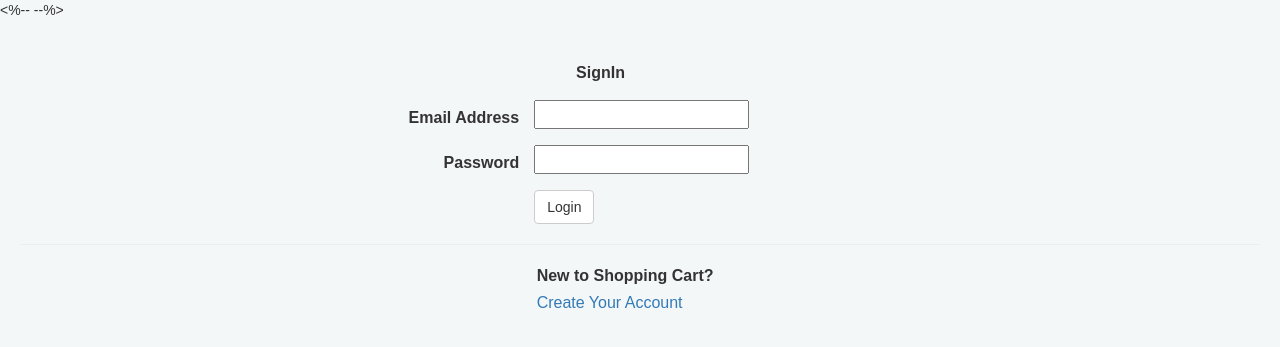
Repository: KaustubhKamat/CollaborationPlatform
Page: CollaborationFrontEnd/WebContent/c_user/login.html
These files come from the project's save history. The page is drawn as it stood at one moment and after the next save; the edit follows.
The browser window is 1280 px wide. The pictures show the whole page.
Some web libraries are served in a nearby version.

Above is the page before, as saved 2017-03-02 16:22:42.

### CollaborationFrontEnd/WebContent/c_user/login.html
<!DOCTYPE html>
<html>
<head>

<link rel="stylesheet"
	href="https://maxcdn.bootstrapcdn.com/bootstrap/3.3.7/css/bootstrap.min.css">
<script
	src="https://ajax.googleapis.com/ajax/libs/jquery/3.1.1/jquery.min.js"></script>
<script
	src="https://maxcdn.bootstrapcdn.com/bootstrap/3.3.7/js/bootstrap.min.js"></script>
<style>
body {
	font-family: sans-serif;

}

form {
	margin: 25px auto;
	font-size: medium;
	padding: 10px 20px;
	border-radius: 10px;
	text-align: justify;
}

body {
	background: #f4f7f8;
}

.navbar-default {
	background-color: #F75D59;
}
</style>
<meta http-equiv="Content-Type" content="text/html; charset=ISO-8859-1">
<title>Insert title here</title>
</head>
<body>

	<%--  <jsp:include page="NavBar.jsp"></jsp:include> --%>

	<form class="form-horizontal" action="validate"  method="post">
		<div class="form-group">
			<label class="col-sm-6 control-label">SignIn</label>
		</div>
		<div class="form-group">
			<label class="col-sm-5 control-label" >Email Address</label>
			<div class="col-sm-15">
				<input type="text" name="id">
			</div>
		</div>
		<div class="form-group">
			<label class="col-sm-5 control-label">Password</label>
			<div class="col-sm-15">
				<input type="password" name="Password"><br>
			</div>
		</div>
		<div class="form-group">
			<div class="col-sm-offset-5 col-sm-20">
				<input type="hidden" name="${_csrf.parameterName}"
					value="${_csrf.token}">
				<button type="submit" class="btn btn-default">Login</button>
			</div>
		</div>
		<hr>
		<div class="col-sm-offset-5 col-sm-15">
			<label class="col-sm-4control-label">New to Shopping Cart?</label>
		</div>
		<div class="col-sm-offset-5 col-sm-15">
			<a href="Register"> Create Your Account</a>



		</div>
	</form>
</body>
</html>

After the next save:
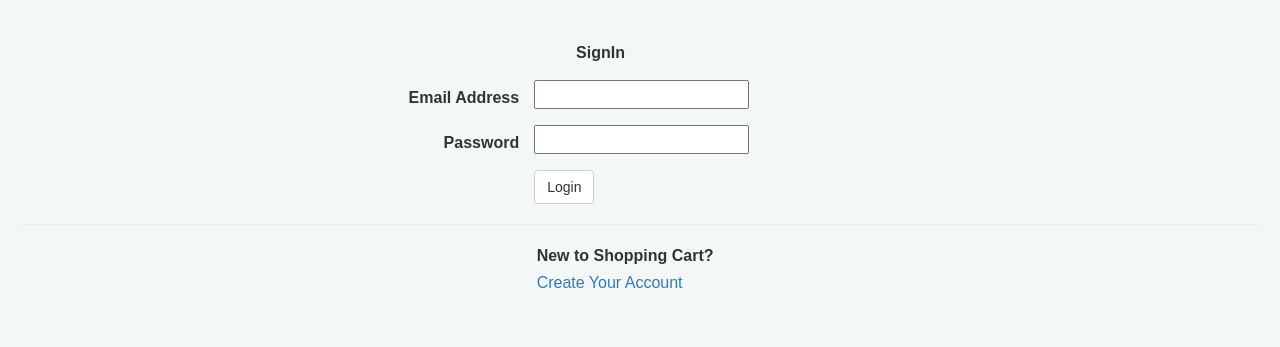
Saved 8 s later.
--- a/CollaborationFrontEnd/WebContent/c_user/login.html
+++ b/CollaborationFrontEnd/WebContent/c_user/login.html
@@ -35,8 +35,6 @@ body {
 </head>
 <body>
 
-	<%--  <jsp:include page="NavBar.jsp"></jsp:include> --%>
-
 	<form class="form-horizontal" action="validate"  method="post">
 		<div class="form-group">
 			<label class="col-sm-6 control-label">SignIn</label>
